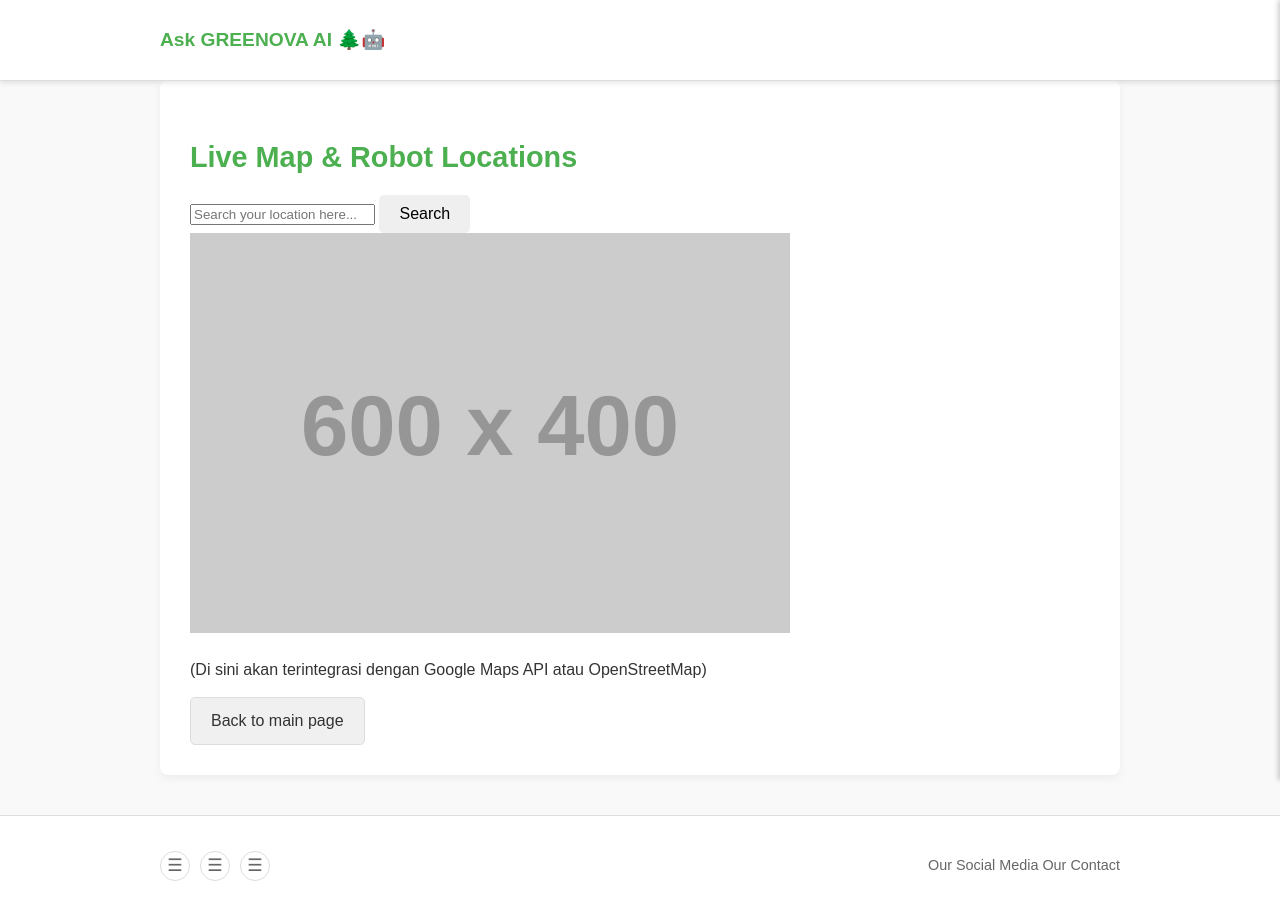
Repository: JojoGid34/Greenova-WEBSITE-SFT25-TETR
Page: live-map.html
These files come from the project's save history. The page is drawn as it stood at one moment and after the next save; the edit follows.
The browser window is 1280 px wide. The pictures show the whole page.

Above is the page before, as saved 2025-07-27 16:45:23.

After the next save:
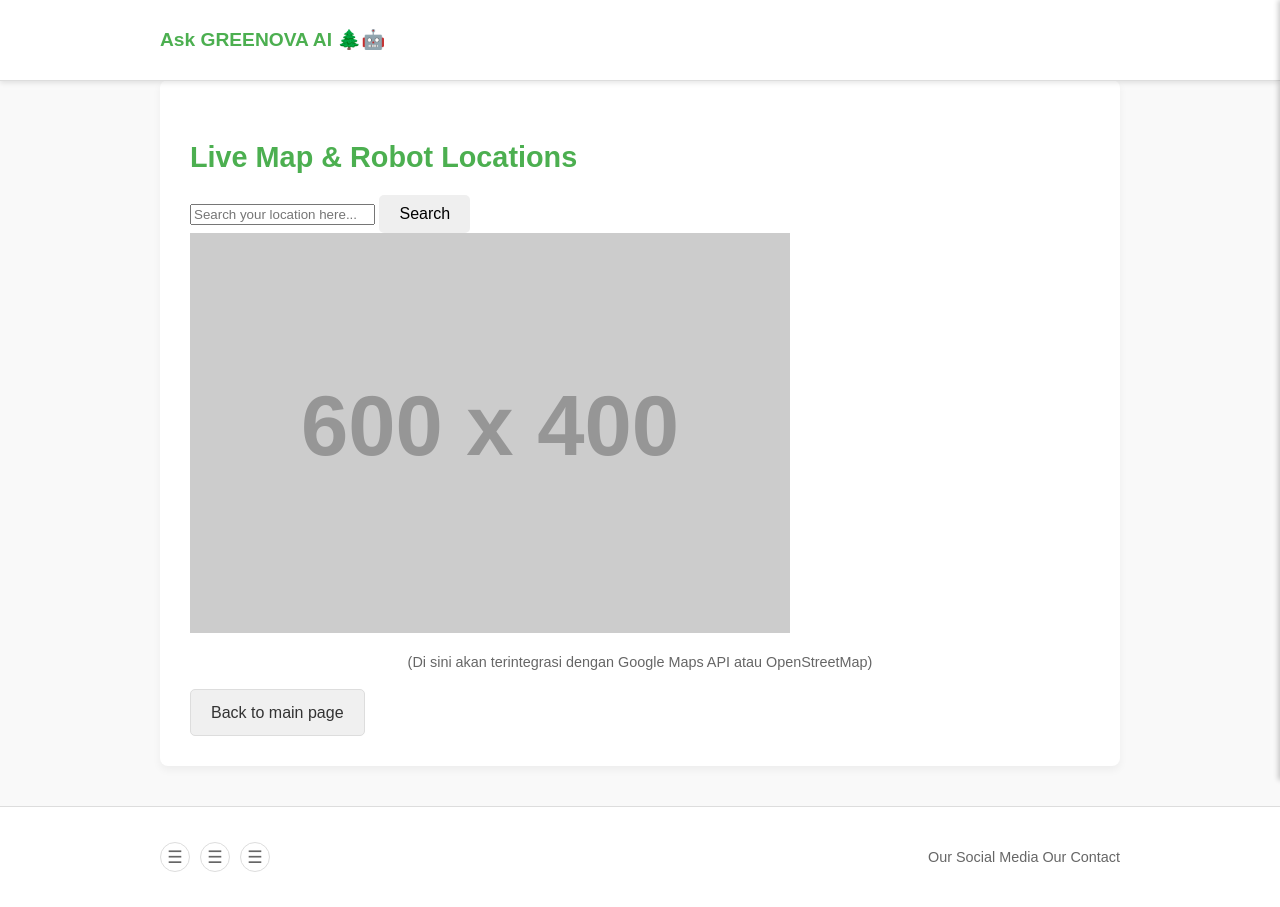
Saved 69 s later.
--- a/style.css
+++ b/style.css
@@ -558,3 +558,10 @@ p {
     width: 100%;
   }
 }
+
+.map-description {
+  text-align: center;
+  margin-top: 10px;
+  font-size: 0.9em;
+  color: #666;
+}
